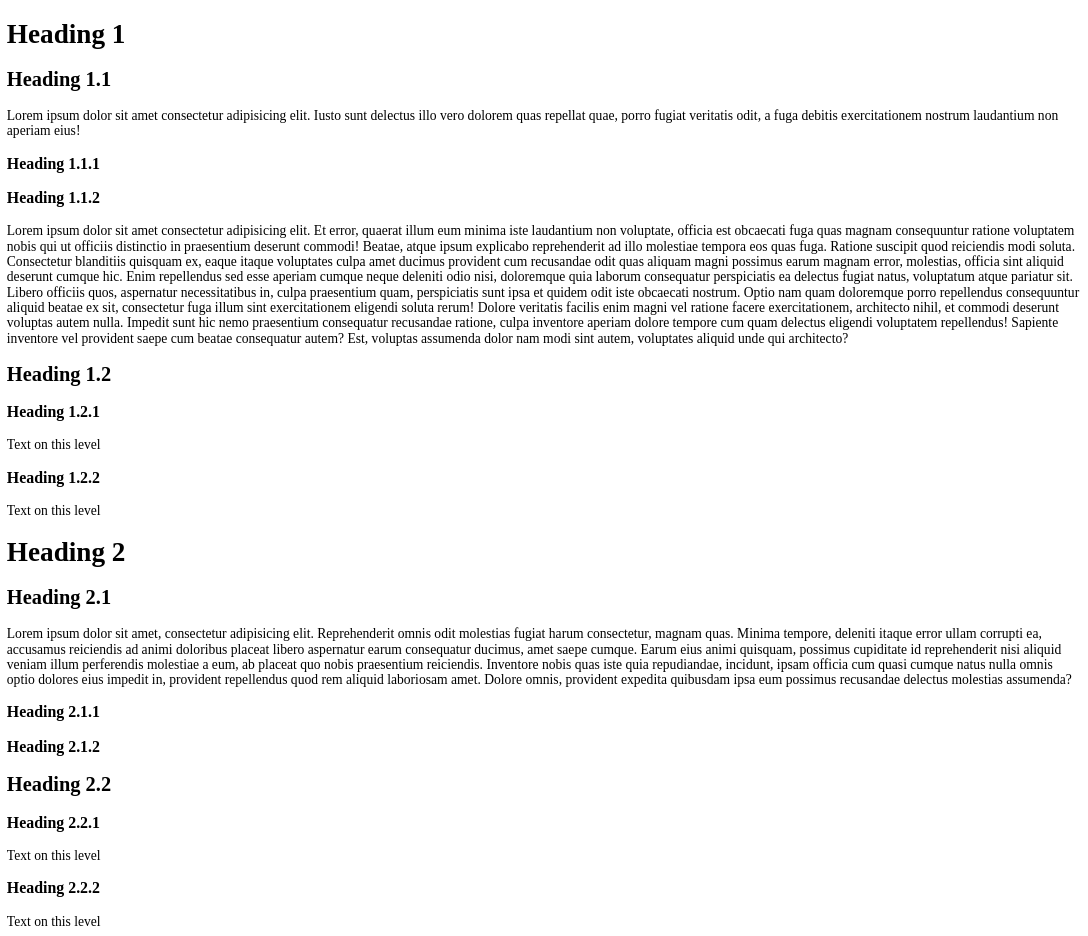
Repository: sammkrt/saltPrecourse
Page: html-trainingGround/index.html
The author's editor kept a copy of each file at every save. The page is drawn from the files as they stood at one save, then again after the next save.
The browser window is 1280 px wide. The pictures show the whole page, at 85% of full size.

Above is the page before, as saved 2022-12-15 14:25:12.

### html-trainingGround/index.html
<!DOCTYPE html>
<html lang="en">
<head>
    <meta charset="UTF-8">
    <meta http-equiv="X-UA-Compatible" content="IE=edge">
    <meta name="viewport" content="width=device-width, initial-scale=1.0">
    <title>SALT HTML Training Ground</title>
</head>
<body>
    <h1>Heading 1</h1>
    <h2>Heading 1.1</h2>
    <p>Lorem ipsum dolor sit amet consectetur adipisicing elit. Iusto sunt delectus illo vero dolorem quas repellat quae, porro fugiat veritatis odit, a fuga debitis exercitationem nostrum laudantium non aperiam eius!</p>
    <h3>Heading 1.1.1</h3>
    <h3>Heading 1.1.2</h3>
    <p>Lorem ipsum dolor sit amet consectetur adipisicing elit. Et error, quaerat illum eum minima iste laudantium non voluptate, officia est obcaecati fuga quas magnam consequuntur ratione voluptatem nobis qui ut officiis distinctio in praesentium deserunt commodi! Beatae, atque ipsum explicabo reprehenderit ad illo molestiae tempora eos quas fuga. Ratione suscipit quod reiciendis modi soluta. Consectetur blanditiis quisquam ex, eaque itaque voluptates culpa amet ducimus provident cum recusandae odit quas aliquam magni possimus earum magnam error, molestias, officia sint aliquid deserunt cumque hic. Enim repellendus sed esse aperiam cumque neque deleniti odio nisi, doloremque quia laborum consequatur perspiciatis ea delectus fugiat natus, voluptatum atque pariatur sit. Libero officiis quos, aspernatur necessitatibus in, culpa praesentium quam, perspiciatis sunt ipsa et quidem odit iste obcaecati nostrum. Optio nam quam doloremque porro repellendus consequuntur aliquid beatae ex sit, consectetur fuga illum sint exercitationem eligendi soluta rerum! Dolore veritatis facilis enim magni vel ratione facere exercitationem, architecto nihil, et commodi deserunt voluptas autem nulla. Impedit sunt hic nemo praesentium consequatur recusandae ratione, culpa inventore aperiam dolore tempore cum quam delectus eligendi voluptatem repellendus! Sapiente inventore vel provident saepe cum beatae consequatur autem? Est, voluptas assumenda dolor nam modi sint autem, voluptates aliquid unde qui architecto?</p>
    <h2>Heading 1.2</h2>
    <h3 id="first heading">Heading 1.2.1</h3>
    Text on this level
    <h3 id="second heading">Heading 1.2.2</h3>
    Text on this level
    <h1 class="large important">Heading 2</h1>
    <h2>Heading 2.1</h2>
    <p>Lorem ipsum dolor sit amet, consectetur adipisicing elit. Reprehenderit omnis odit molestias fugiat harum consectetur, magnam quas. Minima tempore, deleniti itaque error ullam corrupti ea, accusamus reiciendis ad animi doloribus placeat libero aspernatur earum consequatur ducimus, amet saepe cumque. Earum eius animi quisquam, possimus cupiditate id reprehenderit nisi aliquid veniam illum perferendis molestiae a eum, ab placeat quo nobis praesentium reiciendis. Inventore nobis quas iste quia repudiandae, incidunt, ipsam officia cum quasi cumque natus nulla omnis optio dolores eius impedit in, provident repellendus quod rem aliquid laboriosam amet. Dolore omnis, provident expedita quibusdam ipsa eum possimus recusandae delectus molestias assumenda?</p>
    <h3>Heading 2.1.1</h3>
    <h3>Heading 2.1.2</h3>
    <h2>Heading 2.2</h2>
    <h3>Heading 2.2.1</h3>
    Text on this level
    <h3>Heading 2.2.2</h3>
    Text on this level
</body>
</html>

After the next save:
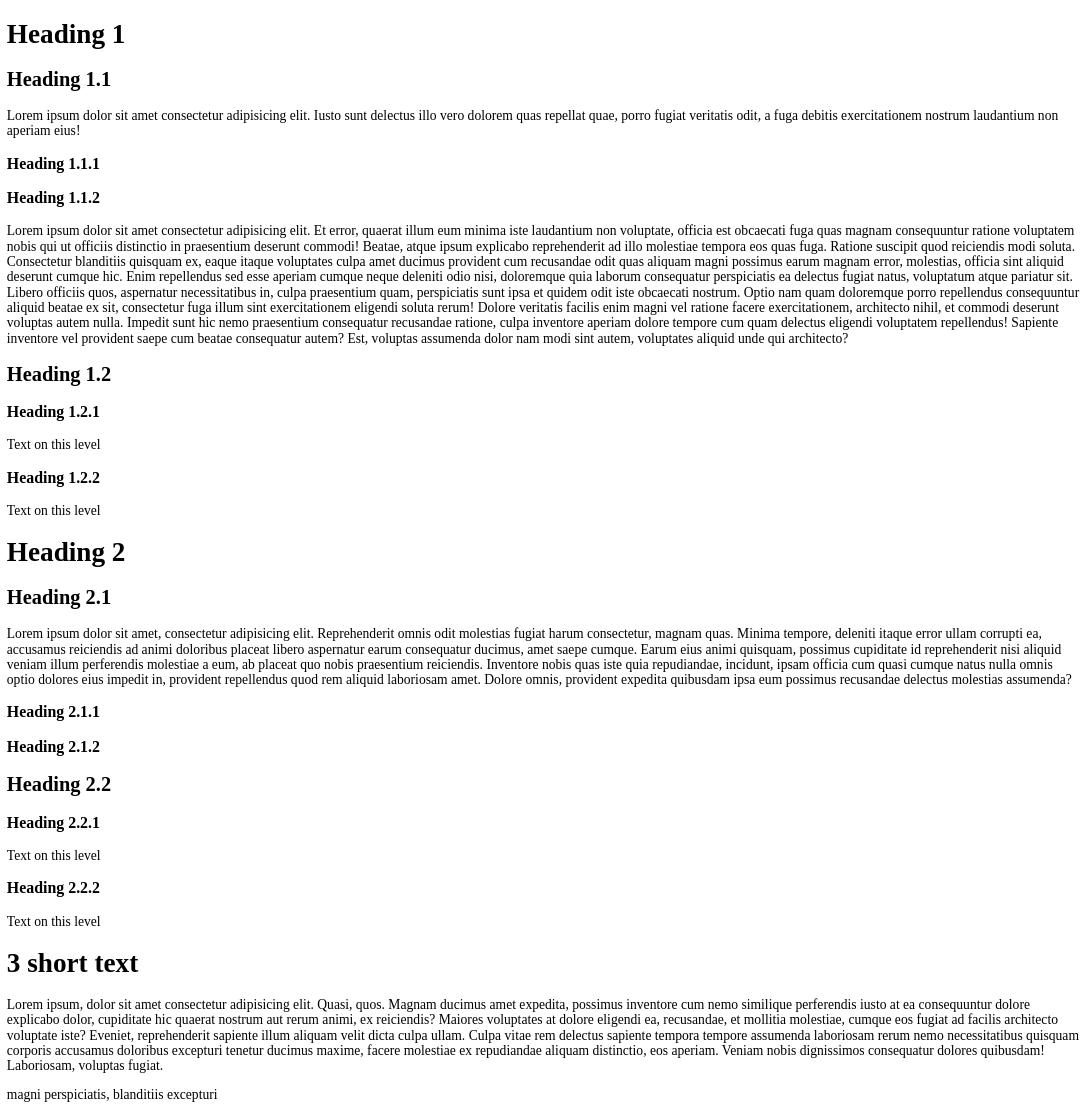
Saved 4 min 15 s later.
--- a/html-trainingGround/index.html
+++ b/html-trainingGround/index.html
@@ -29,4 +29,10 @@
     <h3>Heading 2.2.2</h3>
     Text on this level
 </body>
+
+<body>
+    <h1> 3 short text</h1>
+    <p>Lorem ipsum, dolor sit amet consectetur adipisicing elit. Quasi, quos. Magnam ducimus amet expedita, possimus inventore cum nemo similique perferendis iusto at ea consequuntur dolore explicabo dolor, cupiditate hic quaerat nostrum aut rerum animi, ex reiciendis? Maiores voluptates at dolore eligendi ea, recusandae, et mollitia molestiae, cumque eos fugiat ad facilis architecto voluptate iste? Eveniet, reprehenderit sapiente illum aliquam velit dicta culpa ullam. Culpa vitae rem delectus sapiente tempora tempore assumenda laboriosam rerum nemo necessitatibus quisquam corporis accusamus doloribus excepturi tenetur ducimus maxime, facere molestiae ex repudiandae aliquam distinctio, eos aperiam. Veniam nobis dignissimos consequatur dolores quibusdam! Laboriosam, voluptas fugiat.</p>
+    <p>magni perspiciatis, blanditiis excepturi</p>
+</body>
 </html>
